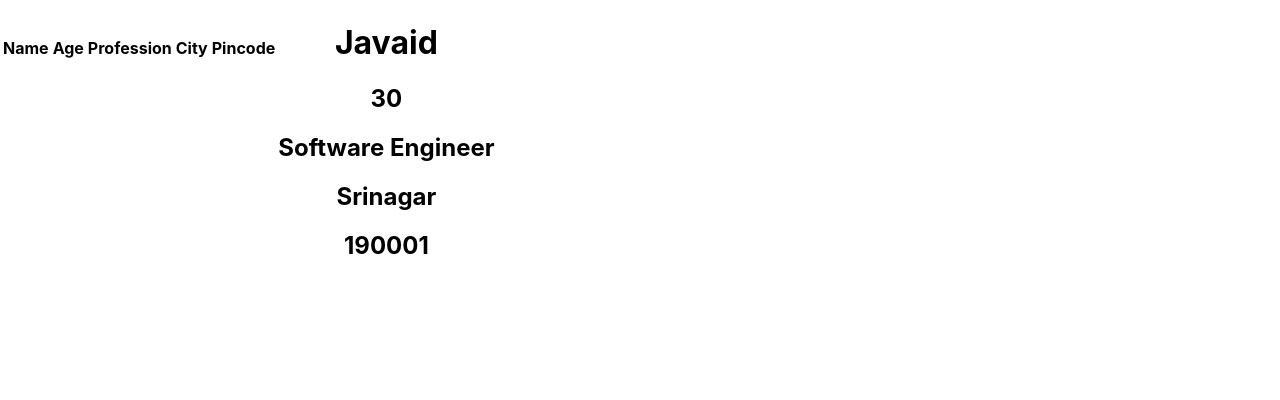
Repository: JavaidAhmadKhan/framer-motion-reacr
Page: /
The author's editor kept a copy of each file at every save. The page is drawn from the files as they stood at one save, then again after the next save.
The browser window is 1280 px wide. The pictures show the whole page.
The project was rebuilt for these pictures with package versions that can differ from the ones it lists, and the page was loaded fresh each time.

Above is the page before, as saved 2022-05-19 17:28:43.

After the next save:
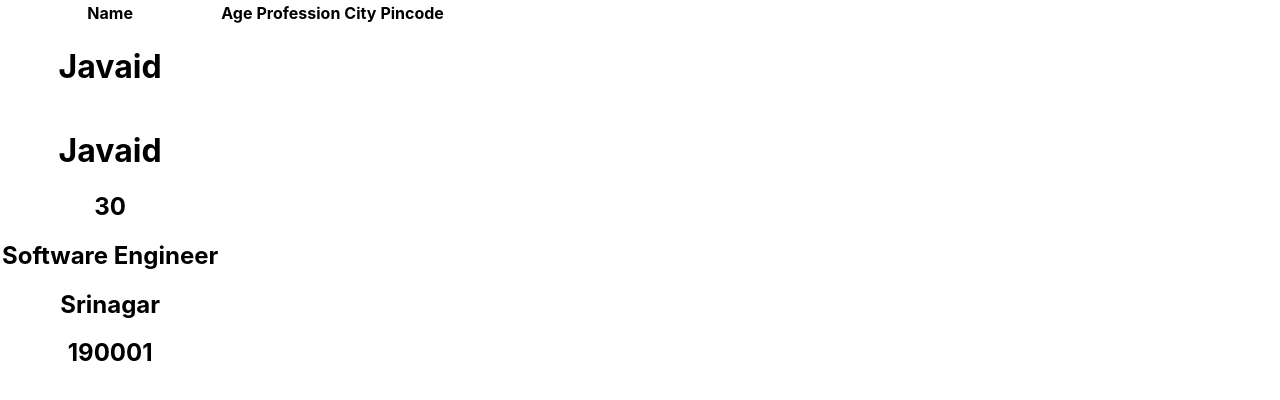
Saved 13 s later.
--- a/src/App.js
+++ b/src/App.js
@@ -27,6 +27,9 @@ class App extends Component {
           <th>Profession</th>
           <th>City</th>
           <th>Pincode</th>
+          <tr>
+            <h1>{this.state.name}</h1>
+          </tr>
           <h1>{this.state.name}</h1>
           <h2>{this.state.age}</h2>
           <h2>{this.state.profession}</h2>
